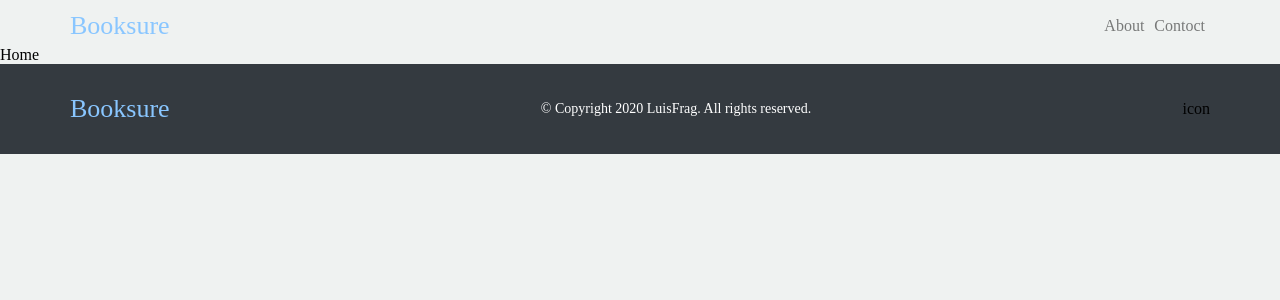
Repository: changesxxx/searchBooks
Page: /
An editor plug-in stored every save of this project. The page is shown before and after a run of saves, followed by the edit.
The browser window is 1280 px wide. The pictures show the whole page.
The project was rebuilt for these pictures with package versions that can differ from the ones it lists, and the page was loaded fresh each time. Also part of the build but not shown: craco.config.js.

Above is the page before, as saved 2024-06-24 12:11:25.

After the next 2 saves:
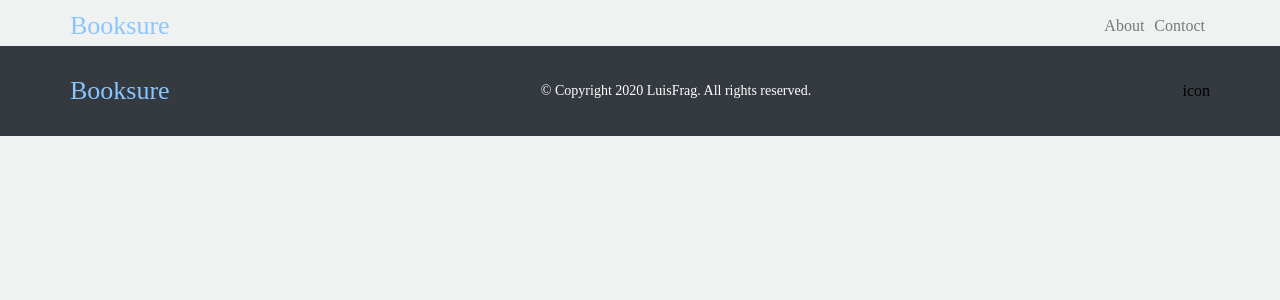
The 2 saves are shown as one change because 1 did not build or start.
The last was saved 33 s later.
--- a/src/App.jsx
+++ b/src/App.jsx
@@ -1,13 +1,11 @@
 import React, { memo } from 'react'
 import PageHeader from './components/pageHeader/PageHeader'
 import PageFooter from './components/pageFooter/PageFooter'
-import Home from './view/Home/Home'
 
 const App = memo(() => {
   return (
     <div>
       <PageHeader></PageHeader>
-      <Home></Home>
       <PageFooter></PageFooter>
     </div>
   )

After the save that followed:
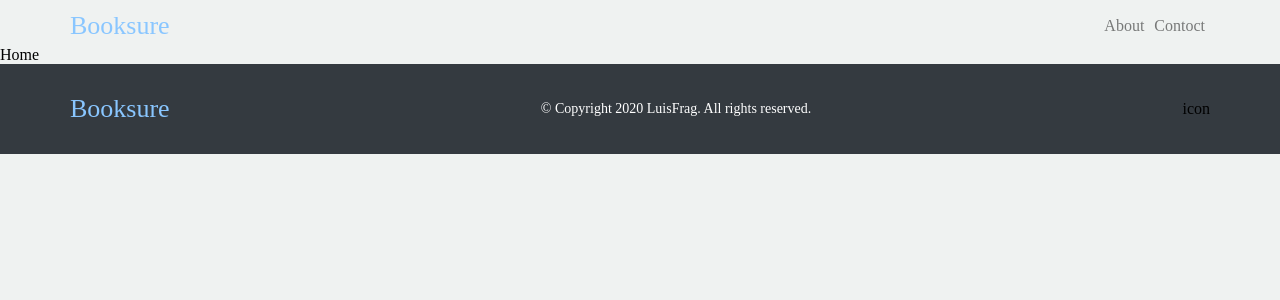
Saved 6 s later.
--- a/src/App.jsx
+++ b/src/App.jsx
@@ -1,11 +1,13 @@
 import React, { memo } from 'react'
 import PageHeader from './components/pageHeader/PageHeader'
 import PageFooter from './components/pageFooter/PageFooter'
+import Home from './view/Home/Home'
 
 const App = memo(() => {
   return (
     <div>
       <PageHeader></PageHeader>
+      <Home></Home>
       <PageFooter></PageFooter>
     </div>
   )
